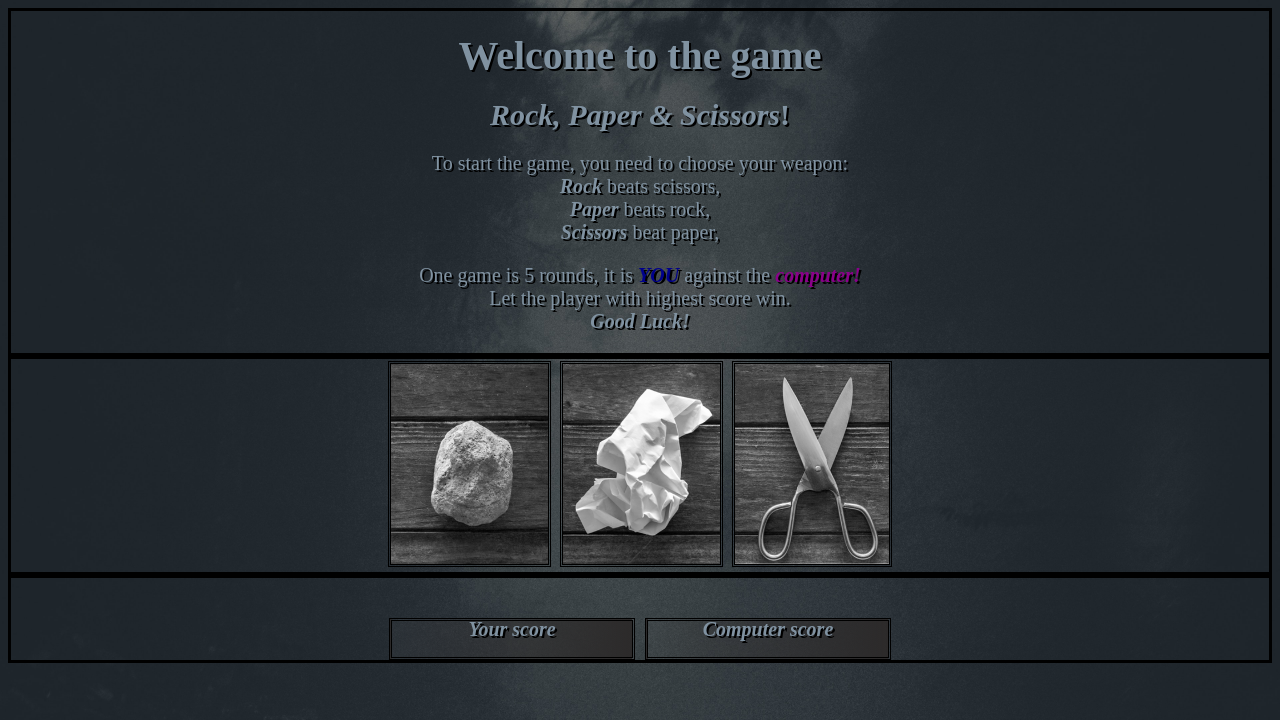
Repository: agneta1991/rock-paper-scissors
Page: Desktop/coding/index.html
The author's editor kept a copy of each file at every save. The page is drawn from the files as they stood at one save, then again after the next save.
The browser window is 1280 px wide. The pictures show the whole page.

Above is the page before, as saved 2023-03-03 10:03:39.

### Desktop/coding/index.html
<!DOCTYPE html>
<html lang="en">
<head>
    <meta charset="UTF-8">
    <title>Rock Paper Scissors</title>
    <link rel="styleSheet" href='styles.css'>
</head>
<body>
    <script src="javascript.js" defer></script>
    <div class="container1">
        <div class="title">
            <h1>Welcome to the game </h1>
            <h2><span>Rock, Paper & Scissors</span>!</h2>
            <p>To start the game, you need to choose your weapon:<br>
            <span>Rock</span> beats scissors, <br>
            <span>Paper</span> beats rock, <br>
            <span>Scissors</span> beat paper,</p>
            <p>One game is 5 rounds, it is <span style="color: darkblue">YOU</span> against the <span style="color: darkmagenta">computer!</span><br>
            Let the player with highest score win.<br>
        <span>Good Luck!</span></p>
        </div>
    </div>
    <div class ="container2">
        <div class="options">
            <button class="rock"> <img src='images/rock.png'></button>
            <button class="paper"><img src='images/paper.png'></button>
            <button class="scissors"><img src='images/scissors.png'></button>
        </div>
    </div>
    <div class="container3">
        <div id="displayed"></div>
        <div class="score">
            <div class="playerScore"><span>Your score<span></span>
            <p class="displayedPlayerScore"></p></div>
            <div class="computerScore"><span>Computer score<span></span>
            <p class="displayedComputerScore"></p></div></div>
        </div>
    </div>
</body>
</html>

### Desktop/coding/styles.css
body{
    background-image: url('images/background.jpg');
    background-size:100%;
}
h1, h2{
    line-height: 90%;
}

.container1, .container2, .container3{
    border: solid black;
    color: rgb(128, 146, 161);
    text-shadow: 2px 2px black;
    font-size: 20px;
}
span{
    font-weight: bold;
    font-style: italic;
}
.container1{
    display: flex;
    justify-content: center;
    text-align: center;
}


img{
    width: auto ;
    height: 200px ;
    border-style: double;
}

.container2 {
    display: flex;
    justify-content: center;
    gap: 8px;
}
button{
    background-color: transparent;
    padding: 0%;
    border-color: transparent;
}


img {
    -webkit-filter:
    grayscale(100%);
    filter:grayscale(100%);
    -webkit-transition: .2s
    ease-in-out;
    transition: .2s ease-in-out;
}

img:hover {
    -webkit-filter:grayscale(0);
    filter:grayscale(0);

}

.playerScore, .computerScore {
    line-height: 80%;
    border: black;
    width: 240px;
    border-style: double;
    background-image: linear-gradient(to right, rgba(156, 146, 146, 0.055),rgb(44, 42, 42) );
}

.score{
    display: flex;
    justify-content: center;
    text-align: center;
    gap: 10px;

}

#displayed{
    padding: 20px;
    display: flex;
    justify-content: center;
    text-align: center;
}

### Desktop/coding/javascript.js
const choice = ['rock', 'paper', 'scissors'];
function getComputerChoice(){
    let randomChoice = choice[Math.floor(Math.random()*choice.length)];
    document.getElementById('displayed').innerHTML = randomChoice;
}

let btn = document.querySelectorAll('button');
btn.forEach((individualBtn)=>{
    individualBtn.addEventListener('click', function getPlayersChoice(){
        let playerChoice = individualBtn.className;
        document.getElementById('displayed').innerHTML = playerChoice;

        if (playerChoice === 'rock' || 'paper' || 'scissors'){
            addColor();
        };

        function addColor(){
            individualBtn.style.border = 'solid darkblue';
        }
        getComputerChoice();
    });
});

After the next save:
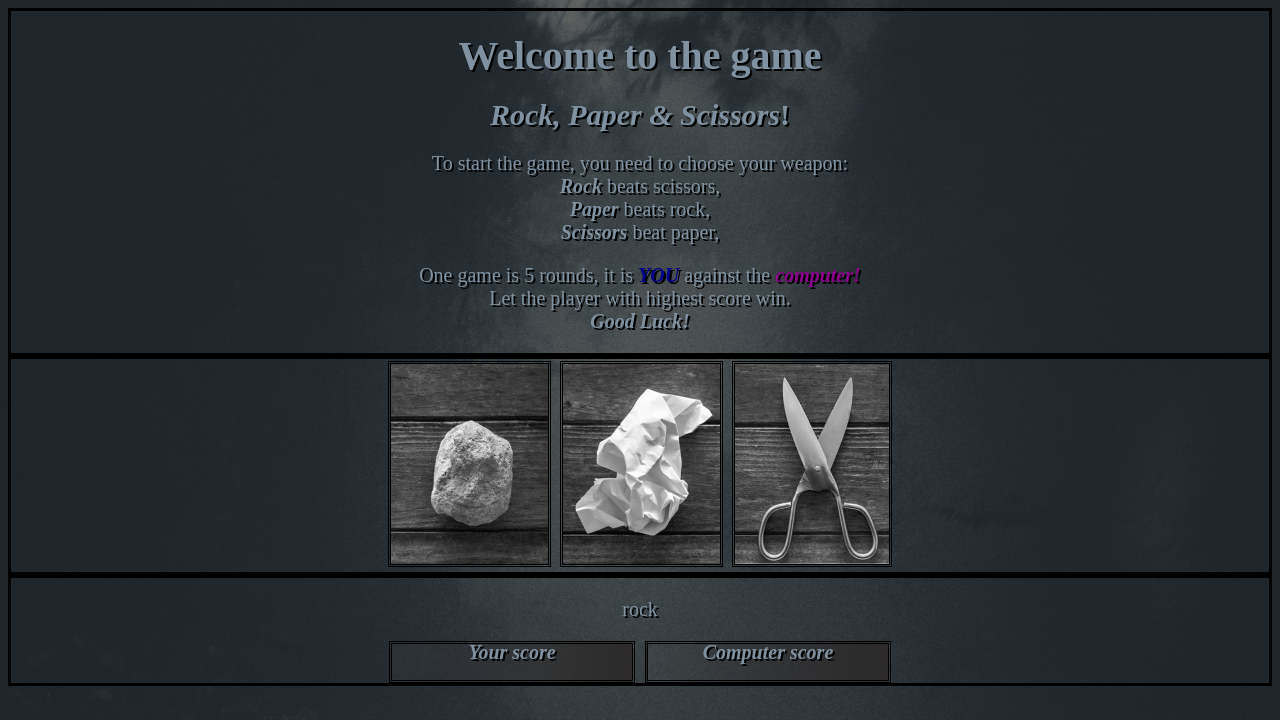
Saved 44 s later.
--- a/Desktop/coding/javascript.js
+++ b/Desktop/coding/javascript.js
@@ -3,6 +3,7 @@
     let randomChoice = choice[Math.floor(Math.random()*choice.length)];
     document.getElementById('displayed').innerHTML = randomChoice;
 }
+getComputerChoice();
 
 let btn = document.querySelectorAll('button');
 btn.forEach((individualBtn)=>{
@@ -16,7 +17,7 @@
 
         function addColor(){
             individualBtn.style.border = 'solid darkblue';
-        }
-        getComputerChoice();
+        };
+
     });
 });

After the save that followed:
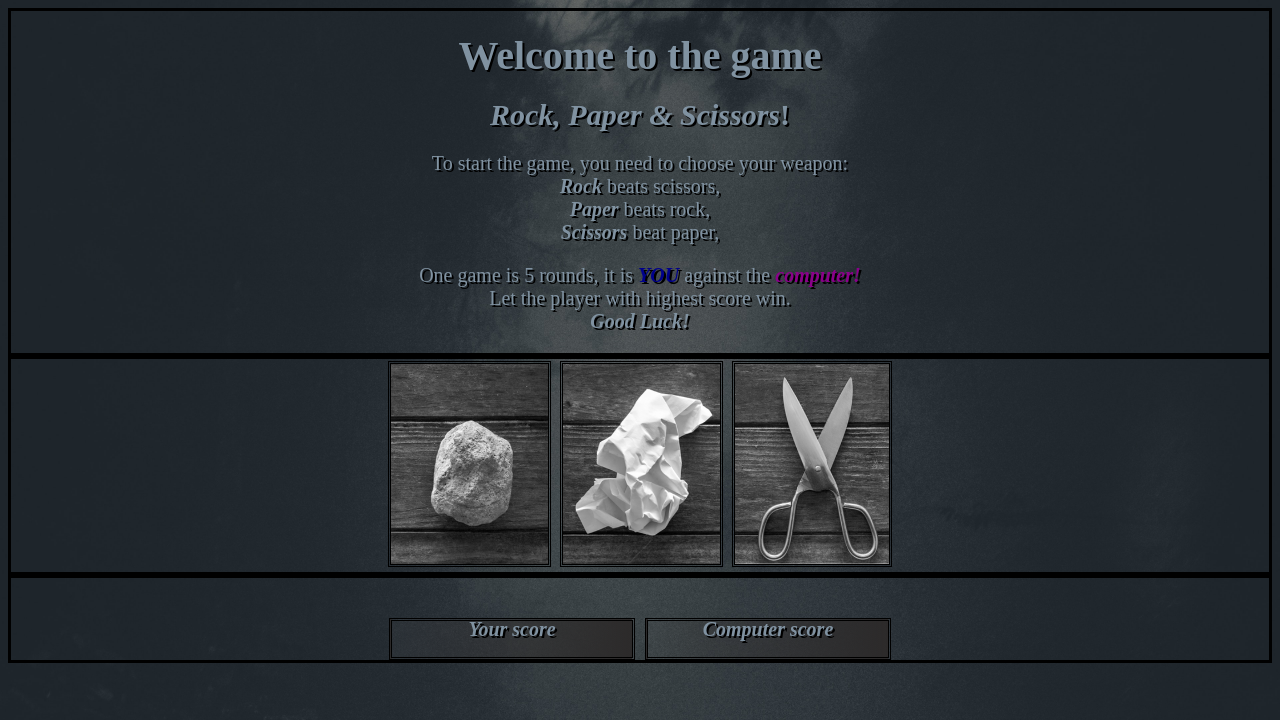
Saved 3 min 11 s later.
--- a/Desktop/coding/javascript.js
+++ b/Desktop/coding/javascript.js
@@ -1,15 +1,15 @@
 const choice = ['rock', 'paper', 'scissors'];
 function getComputerChoice(){
     let randomChoice = choice[Math.floor(Math.random()*choice.length)];
-    document.getElementById('displayed').innerHTML = randomChoice;
+    document.getElementById('computerChoice').innerHTML = randomChoice;
 }
-getComputerChoice();
+
 
 let btn = document.querySelectorAll('button');
 btn.forEach((individualBtn)=>{
     individualBtn.addEventListener('click', function getPlayersChoice(){
         let playerChoice = individualBtn.className;
-        document.getElementById('displayed').innerHTML = playerChoice;
+        document.getElementById('playerChoice').innerHTML = playerChoice + ' against ';
 
         if (playerChoice === 'rock' || 'paper' || 'scissors'){
             addColor();
@@ -18,6 +18,6 @@
         function addColor(){
             individualBtn.style.border = 'solid darkblue';
         };
-
+        getComputerChoice();
     });
 });
